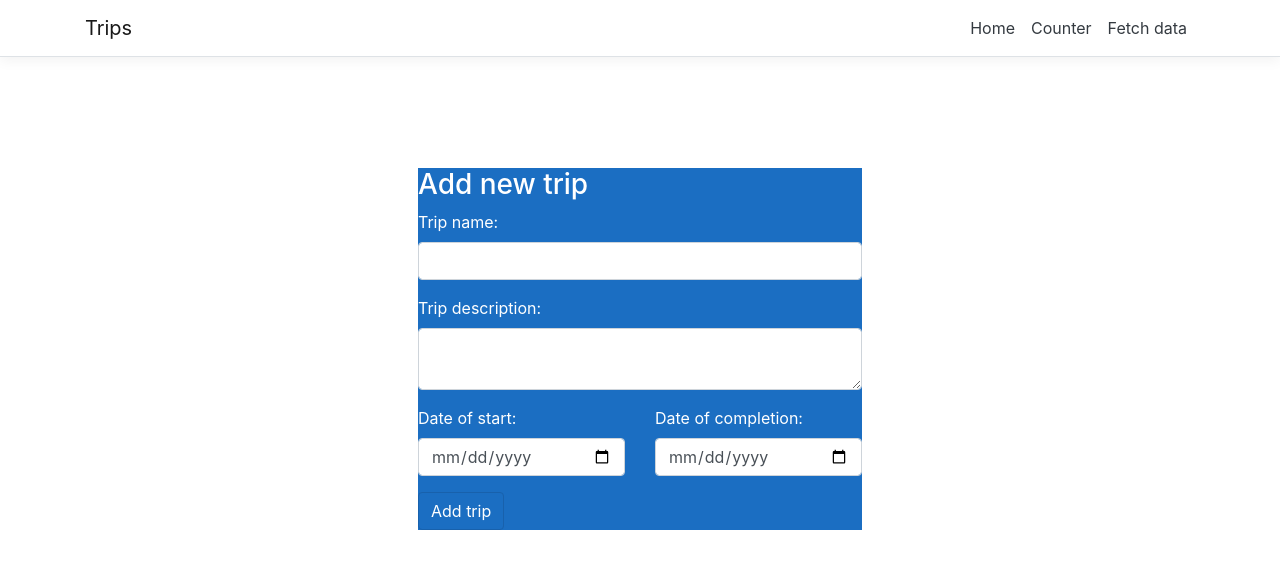
Repository: DevLuDaley/Trips
Page: /Create (app in ClientApp/)
The author's editor kept a copy of each file at every save. The page is drawn from the files as they stood at one save, then again after the next save.
The browser window is 1280 px wide. The pictures show the whole page.
The project was rebuilt for these pictures with package versions that can differ from the ones it lists, and the page was loaded fresh each time. Also part of the build but not shown: ClientApp/src/components/Home.js, ClientApp/src/components/FetchData.js, ClientApp/src/components/Counter.js, ClientApp/src/components/Trip/Trips.jsx.

Above is the page before, as saved 2020-11-06 11:33:58.

### ClientApp/public/index.html
<!DOCTYPE html>
<html lang="en">
  <head>
    <meta charset="utf-8">
    <meta name="viewport" content="width=device-width, initial-scale=1, shrink-to-fit=no">
    <meta name="theme-color" content="#000000">
    <base href="%PUBLIC_URL%/" />
    <!--
      manifest.json provides metadata used when your web app is added to the
      homescreen on Android. See https://developers.google.com/web/fundamentals/engage-and-retain/web-app-manifest/
    -->
    <link rel="manifest" href="%PUBLIC_URL%/manifest.json">
    <link rel="shortcut icon" href="%PUBLIC_URL%/favicon.ico">
    <!--
      Notice the use of %PUBLIC_URL% in the tags above.
      It will be replaced with the URL of the `public` folder during the build.
      Only files inside the `public` folder can be referenced from the HTML.

      Unlike "/favicon.ico" or "favicon.ico", "%PUBLIC_URL%/favicon.ico" will
      work correctly both with client-side routing and a non-root public URL.
      Learn how to configure a non-root public URL by running `npm run build`.
    -->
    <title>Trips</title>
  </head>
  <body>
    <noscript>
      You need to enable JavaScript to run this app.
    </noscript>
    <div id="root"></div>
    <!--
      This HTML file is a template.
      If you open it directly in the browser, you will see an empty page.

      You can add webfonts, meta tags, or analytics to this file.
      The build step will place the bundled scripts into the <body> tag.

      To begin the development, run `npm start` or `yarn start`.
      To create a production bundle, use `npm run build` or `yarn build`.
    -->
  </body>
</html>

### ClientApp/src/App.js
import React, { Component } from 'react';
import { Route } from 'react-router';
import { Layout } from './components/Layout';
import { Home } from './components/Home';
import { FetchData } from './components/FetchData';
import { Counter } from './components/Counter';

import './custom.css'
import Trips from './components/Trip/Trips';
import CreateTrip from './components/Trip/CreateTrip';

export default class App extends Component {
  static displayName = App.name;

  render () {
    return (
      <Layout>
        <Route exact path='/' component={Home} />
        <Route path='/counter' component={Counter} />
        <Route path='/fetch-data' component={FetchData} />
        <Route path='/trips' component={Trips} />
        <Route path='/create' component={CreateTrip} />
      </Layout>
    );
  }
}

### ClientApp/src/custom.css
/* Provide sufficient contrast against white background */
a {
  color: #0366d6;
}

code {
  color: #E01A76;
}

.btn-primary {
  color: #fff;
  background-color: #1b6ec2;
  border-color: #1861ac;
}

.trip-form {
  color: #fff;
  background-color: #1b6ec2;
  border-color: #1861ac;
  margin: 10% 30% 10% 30% ;
}

### ClientApp/src/components/Trip/CreateTrip.jsx
import React, { Fragment, Component } from 'react'
class Create extends Component {
    constructor(props){
        super(props)
        this.state = {
                   name: '',
                   description: '',
                   dateStarted: null,
                   dateCompleted: null
          }

    }
    render() {
        return (
        <Fragment>
            <div className="trip-form" >
                <h3>Add new trip</h3>
                <form onSubmit={this.onSubmit}>
                    <div className="form-group">
                        <label>Trip name:  </label>
                        <input
                          type="text"
                          className="form-control"
                         />
                    </div>
                    <div className="form-group">
                        <label>Trip description: </label>
                        <textarea
			  type="text"
                          className="form-control"
                        />
                    </div>
                    <div className="row">
                        <div className="col col-md-6 col-sm-6 col-xs-12">
                            <div className="form-group">
                                <label>Date of start:  </label>
                                <input
                                  type="date"
                                  className="form-control"
                                />
                            </div>
                        </div>
                        <div className="col col-md-6 col-sm-6 col-xs-12">
                          <div className="form-group">
                            <label>Date of completion:  </label>
                            <input
                                type="date"
                                className="form-control"
                            />
                            </div>
                        </div>
                    </div>


                    <div className="form-group">
                        <input type="submit" value="Add trip" className="btn btn-primary"/>
                    </div>
                </form>
            </div>
        </Fragment> );
    }
}

export default Create;

### ClientApp/src/components/NavMenu.js
import React, { Component } from 'react';
import { Collapse, Container, Navbar, NavbarBrand, NavbarToggler, NavItem, NavLink } from 'reactstrap';
import { Link } from 'react-router-dom';
import './NavMenu.css';

export class NavMenu extends Component {
  static displayName = NavMenu.name;

  constructor (props) {
    super(props);

    this.toggleNavbar = this.toggleNavbar.bind(this);
    this.state = {
      collapsed: true
    };
  }

  toggleNavbar () {
    this.setState({
      collapsed: !this.state.collapsed
    });
  }

  render () {
    return (
      <header>
        <Navbar className="navbar-expand-sm navbar-toggleable-sm ng-white border-bottom box-shadow mb-3" light>
          <Container>
            <NavbarBrand tag={Link} to="/trips">Trips</NavbarBrand>
            <NavbarToggler onClick={this.toggleNavbar} className="mr-2" />
            <Collapse className="d-sm-inline-flex flex-sm-row-reverse" isOpen={!this.state.collapsed} navbar>
              <ul className="navbar-nav flex-grow">
                <NavItem>
                  <NavLink tag={Link} className="text-dark" to="/">Home</NavLink>
                </NavItem>
                <NavItem>
                  <NavLink tag={Link} className="text-dark" to="/counter">Counter</NavLink>
                </NavItem>
                <NavItem>
                  <NavLink tag={Link} className="text-dark" to="/fetch-data">Fetch data</NavLink>
                </NavItem>
              </ul>
            </Collapse>
          </Container>
        </Navbar>
      </header>
    );
  }
}

Loaded but not shown: ClientApp/src/index.js (common file); ClientApp/src/registerServiceWorker.js (common file); ClientApp/src/components/Layout.js (common file); ClientApp/src/components/NavMenu.css (common file)

After the next save:
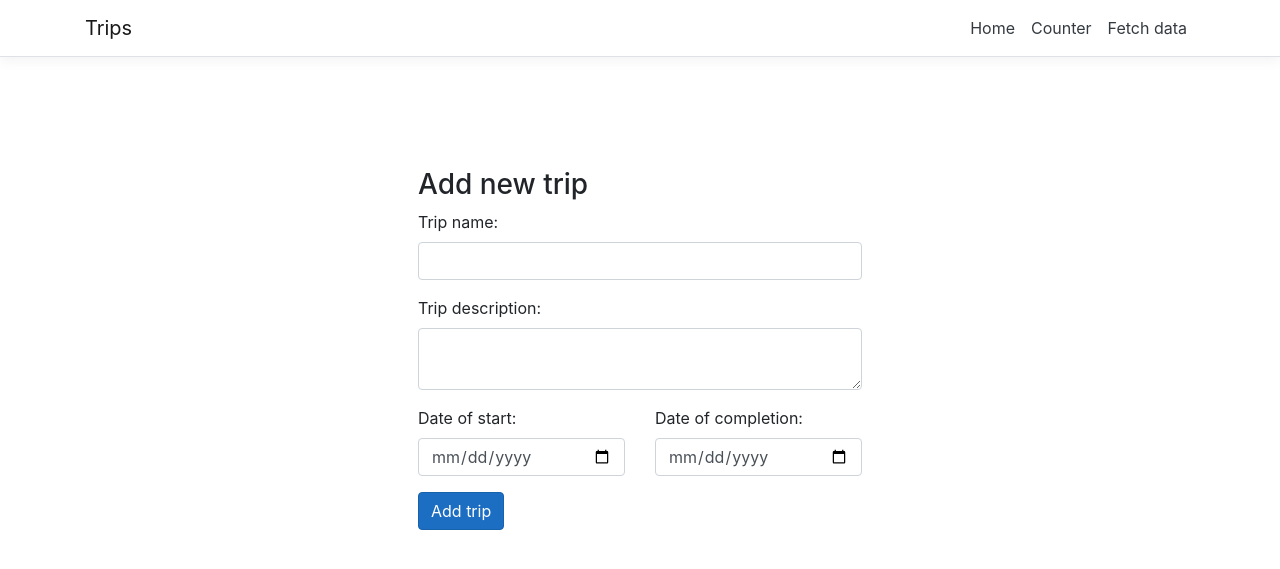
Saved 9 s later.
--- a/ClientApp/src/custom.css
+++ b/ClientApp/src/custom.css
@@ -14,8 +14,8 @@ code {
 }
 
 .trip-form {
-  color: #fff;
+  /* color: #fff;
   background-color: #1b6ec2;
-  border-color: #1861ac;
+  border-color: #1861ac; */
   margin: 10% 30% 10% 30% ;
 }
